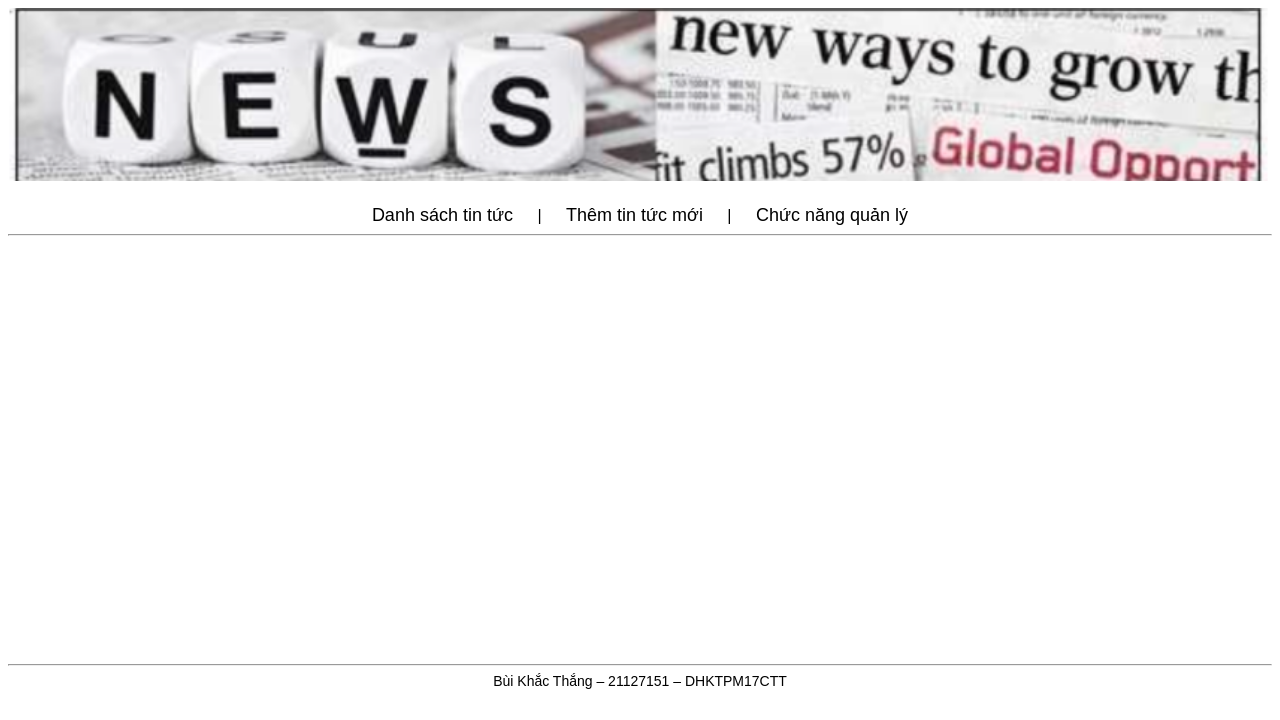
Repository: buikhacthang91042/Nam4_Ki1
Page: http://localhost/Tuan04_Bai3/TrangChu.jsp
These files come from the project's save history. The page is drawn as it stood at one moment and after the next save; the edit follows.
The browser window is 1280 px wide. The pictures show the whole page.
The page is served by Tomcat 10. Nobody is signed in. The application's start-up code is not run. Other server files are loaded and not shown.

Above is the page before, as saved 2024-10-06 06:41:59.

### WWW/Tuan04/Tuan04_Bai3/src/main/webapp/TrangChu.jsp
<%@ page language="java" contentType="text/html; charset=UTF-8" pageEncoding="UTF-8"%>
<!DOCTYPE html>
<html lang="vi">
<head>
    <meta charset="UTF-8">
    <title>Quản lý tin tức</title>
    <style>
        body {
            font-family: Arial, sans-serif;
        }
        .menu {
            text-align: center;
            margin-top: 20px;
        }
        .menu a {
            margin: 0 20px;
            text-decoration: none;
            color: black;
            font-size: 18px;
        }
        .menu a:hover {
            text-decoration: underline;
        }
        .footer {
            text-align: center;
            margin-top: 20px;
            font-size: 14px;
        }
        .content {
        	height: 400px;
        }
    </style>
</head>
<body>
    <div class="header">
        <img src="image/banner.png" alt="News Banner" style="width: 100%; height: auto;">
    </div>

    <div class="menu">
        <a href="DanhSachTinTuc.jsp">Danh sách tin tức</a> |
        <a href="TinTucForm.jsp">Thêm tin tức mới</a> |
        <a href="QuanLiForm.jsp">Chức năng quản lý</a>
        <hr>
    </div>

    <div class="content">

    </div>

    <div class="footer">
    	<hr>
        Bùi Khắc Thắng – 21127151 – DHKTPM17CTT
    </div>
</body>
</html>

After the next save:
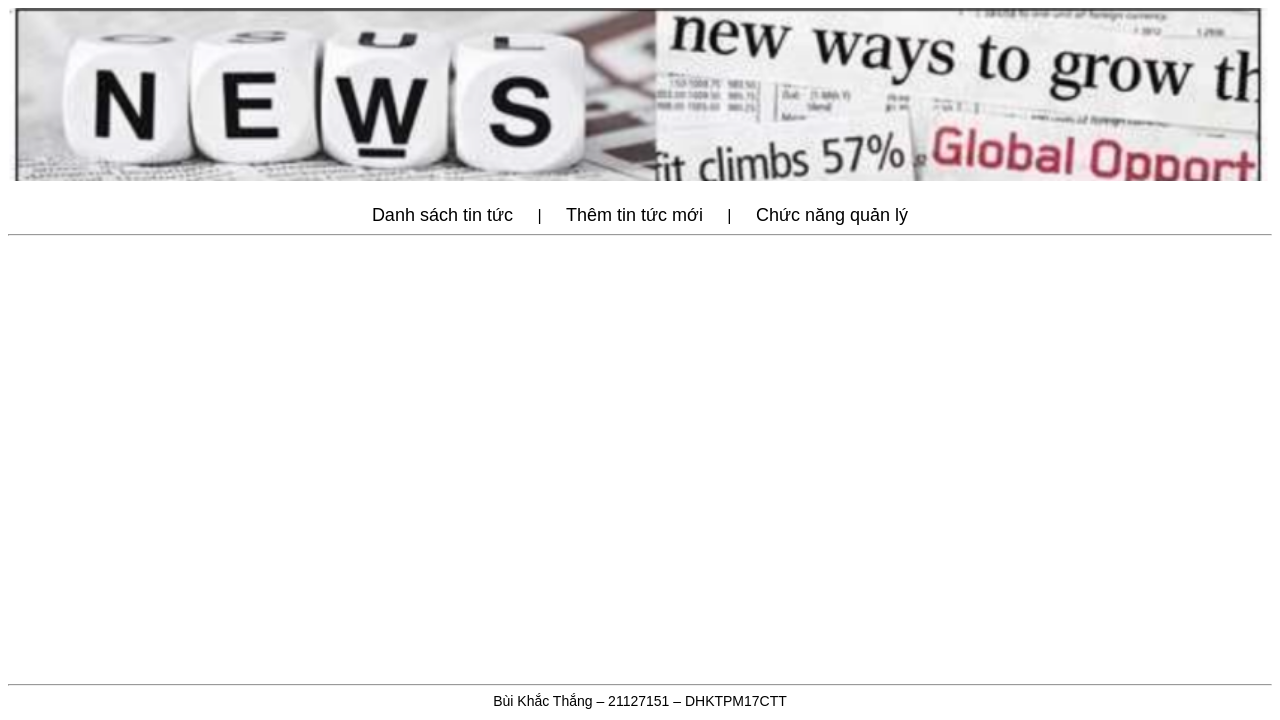
Saved 13 s later.
--- a/WWW/Tuan04/Tuan04_Bai3/src/main/webapp/TrangChu.jsp
+++ b/WWW/Tuan04/Tuan04_Bai3/src/main/webapp/TrangChu.jsp
@@ -27,7 +27,7 @@
             font-size: 14px;
         }
         .content {
-        	height: 400px;
+        	height: 420px;
         }
     </style>
 </head>
